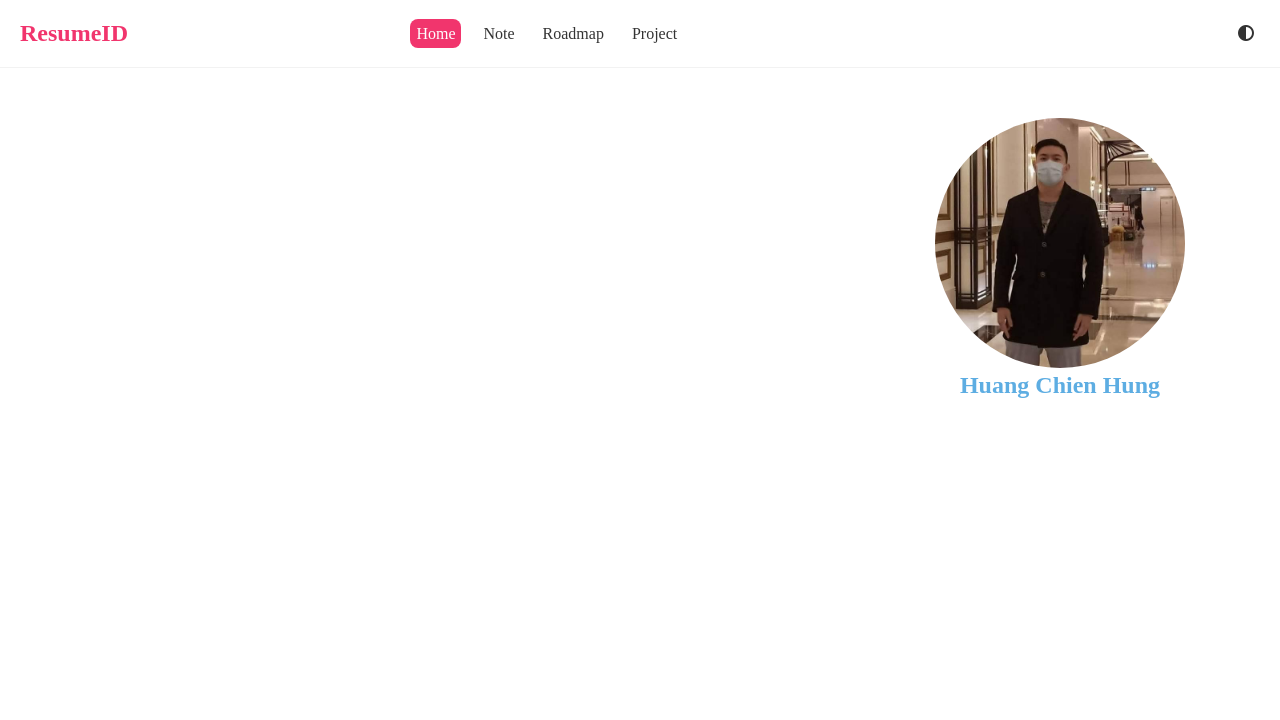
Repository: leo-play-code/ResumeID
Page: /
These files come from the project's save history. The page is drawn as it stood at one moment and after a run of saves; the edit follows.
The browser window is 1280 px wide. The pictures show the whole page.
Some web libraries are served in a nearby version. The project was rebuilt for these pictures with package versions that can differ from the ones it lists, and the page was loaded fresh each time. Also part of the build but not shown: src/Note/Note.js, src/Roadmap/Roadmap.js, src/Project/Project.js.

Above is the page before, as saved 2022-10-18 14:11:29.

### public/index.html
<!DOCTYPE html>
<html lang="en">
  <head>
    <meta charset="utf-8" />
    <link rel="icon" href="%PUBLIC_URL%/favicon.ico" />
    <meta name="viewport" content="width=device-width, initial-scale=1" />
    <meta name="theme-color" content="#000000" />
    <meta
      name="description"
      content="Web site created using create-react-app"
    />
    <link rel="apple-touch-icon" href="%PUBLIC_URL%/logo192.png" />
    <link rel="manifest" href="%PUBLIC_URL%/manifest.json" />

    <!-- fontawesome -->
    <script src="https://kit.fontawesome.com/14e9a4f90b.js" crossorigin="anonymous"></script>
    <title>React App</title>
  </head>
  <body>
    <noscript>You need to enable JavaScript to run this app.</noscript>
    <div id="root"></div>
  </body>
</html>

### src/index.css
/* base styles */
* {
  margin: 0;
  font-family: "Quicksand";
  color: #333;
}
.navbar {
  padding: 20px;
  display: flex;
  align-items: center;
  max-width: 100%;
  margin: 0 auto;
  border-bottom: 1px solid #f2f2f2;
}
.navbar h1 {
  color: #f1356d;
}
.navbar-center{
  margin-inline: auto;
}
.navbar-center .page-selected{
  color:white;
  background: #f1356d;
  border-radius: 8px;
  pointer-events: none;
}
.navbar .navbar-right {
  margin-left: auto;
}
.navbar a {
  margin-left: 16px;
  text-decoration: none;
  padding: 6px;
}
.navbar a:hover {
  color: #f1356d;
}
.content {
  max-width: 600px;
  margin: 40px auto;
  padding: 20px;
}

/* Home */
.Home .profile-container{
  width:400px;
  height:300px;
  margin-top: 50px;
  margin-right:20px;
  margin-bottom: 20px;
  float:right;
  text-align: center;
}
.Home .profile-container img{
  border-radius: 50%;
  max-width: 250px;
}
.Home .profile-container .MainName{
  color:#5DADE2;
}

.Home .introduction-container{
  width: 600px;
  height:300px ;
  float:left;
}

### src/App.js
import Navbar from './Navbar/Navbar';
import { BrowserRouter as Router,Route,Switch} from 'react-router-dom'
import Home from './Home/Home';
import Note from './Note/Note';
import Roadmap from './Roadmap/Roadmap';
import Project from './Project/Project';

function App(){
    return (
        <Router>
            <div className="App">
            <Navbar />
                <Switch>
                    <Route exact path='/'>
                        <Home />
                    </Route>
                    <Route exact path='/Note'>
                        <Note />
                    </Route>
                    <Route exact path='/Roadmap'>
                        <Roadmap />
                    </Route>
                    <Route exact path='/Project'>
                        <Project />
                    </Route>

                </Switch>
            </div>
        </Router>

    )
}

export default App;

### src/Navbar/Navbar.js
import { useEffect, useState } from 'react';
import {Link} from 'react-router-dom';

function Navbar(){
    const [navbar_state,setPageState] = useState('');
    function ChangeColor(){
        console.log('changecolor')
    }
    function PageSelected(navbar_state){
        setPageState(navbar_state)
    }
    useEffect(()=>{
        const init_url_arr = window.location.href.split('/')
        const init_url_page = init_url_arr[init_url_arr.length-1]
        setPageState(init_url_page)
    })
    return (
        <nav className="navbar">
            <h1>ResumeID</h1>
            <span className='navbar-center'>
                {(navbar_state == '')&& <Link to="/" className='page-selected'>Home</Link>}
                {!(navbar_state == '')&&<Link to="/" onClick={()=>PageSelected('Home')}>Home</Link>}
                {(navbar_state == 'Note')&& <Link to="/Note" className='page-selected'>Note</Link>}
                {!(navbar_state == 'Note')&&<Link to="/Note" onClick={()=>PageSelected('Note')}>Note</Link>}
                {(navbar_state == 'Roadmap')&& <Link to="/Roadmap" className='page-selected'>Roadmap</Link>}
                {!(navbar_state == 'Roadmap')&&<Link to="/Roadmap" onClick={()=>PageSelected('Roadmap')}>Roadmap</Link>}
                {(navbar_state == 'Project')&& <Link to="/Project" className='page-selected'>Project</Link>}
                {!(navbar_state == 'Project')&&<Link to="/Project" onClick={()=>PageSelected('Project')}>Project</Link>}
            </span>
            <div className="navbar-right">
                <a onClick={ChangeColor}><i className="fa-solid fa-circle-half-stroke"></i></a>
            </div>
        </nav>
    )
}

export default Navbar ;

### src/Home/Home.js


function Home(){
    const pic = require('./static/image/selfy.jpg');
    return(
        <div className="Home">

            <div className="introduction-container">

            </div>
            <div className="profile-container">
                <img src={pic} alt="" />
                <h2 className='MainName'>Huang Chien Hung</h2>
            </div>
        </div>
    )
}


export default Home ;

Loaded but not shown: src/index.js (common file); src/reportWebVitals.js (common file)

After the next 6 saves:
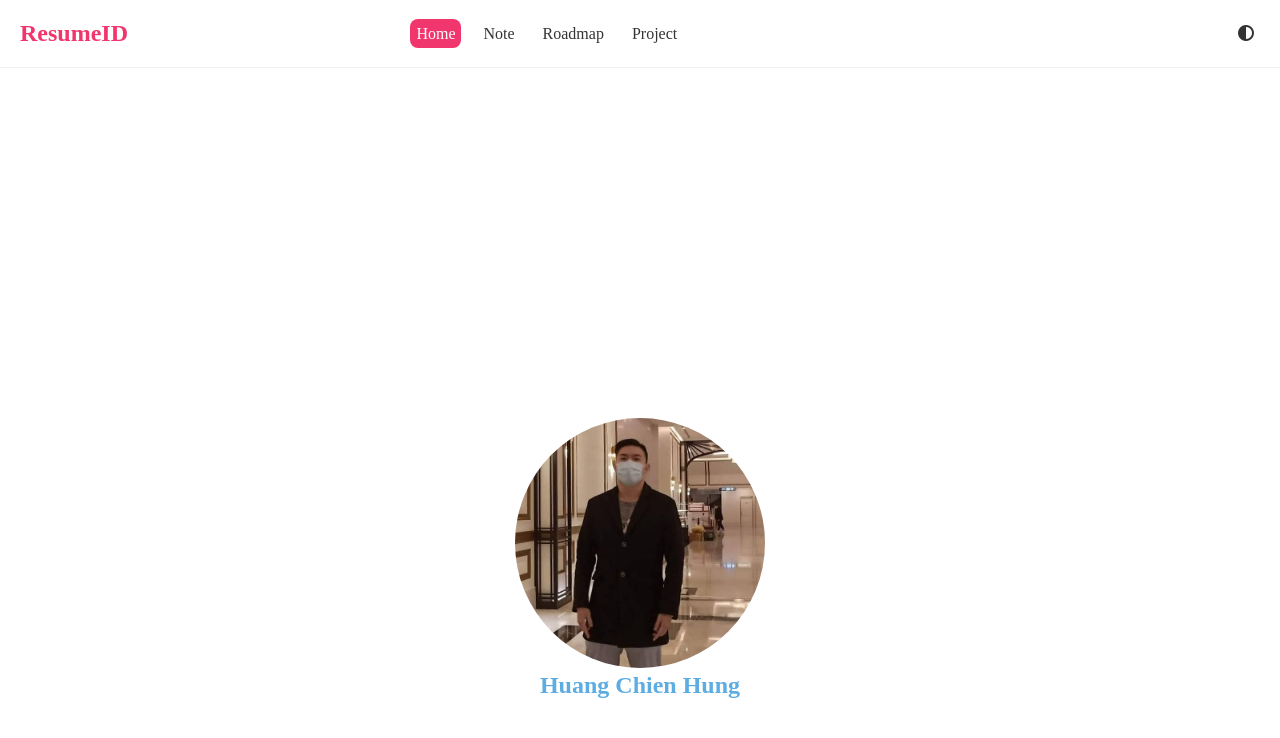
The 6 saves are shown as one change because they came seconds apart.
The last was saved 15 s later.
--- a/src/Home/Home.js
+++ b/src/Home/Home.js
@@ -4,7 +4,9 @@
     const pic = require('./static/image/selfy.jpg');
     return(
         <div className="Home">
+            <div className='profile-container'>
 
+            </div>
             <div className="introduction-container">
 
             </div>

After the save that followed:
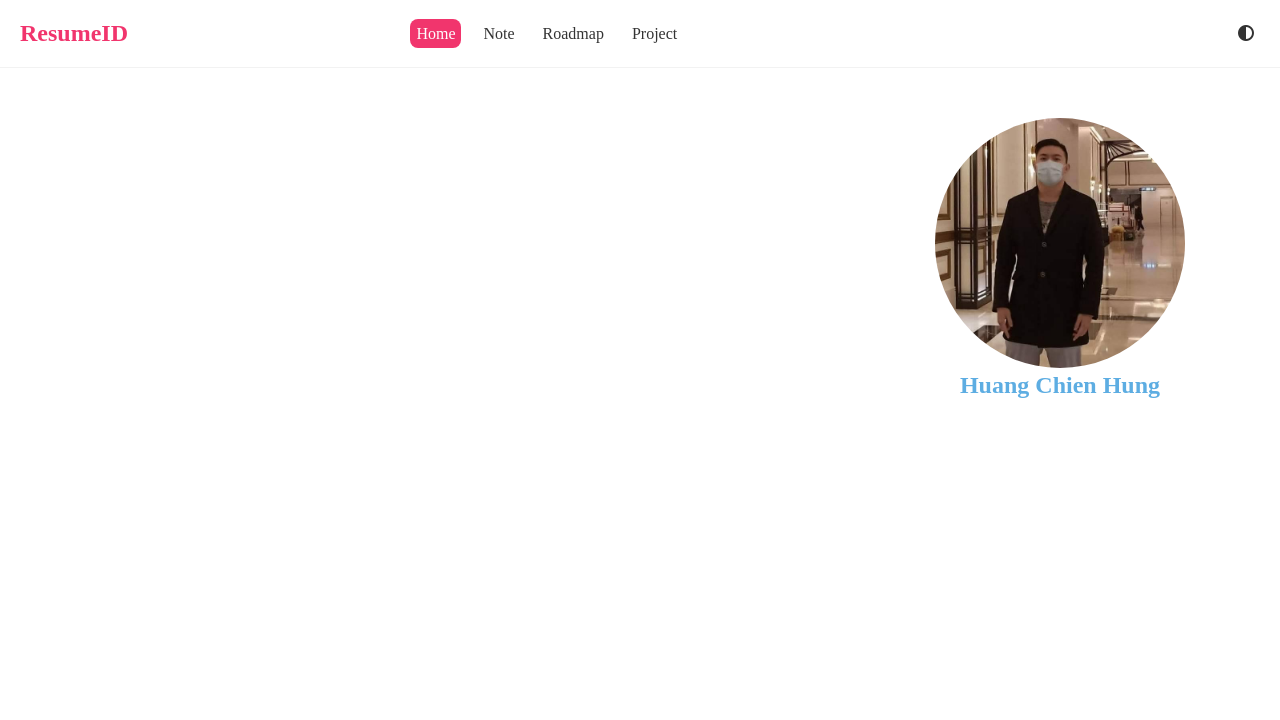
Saved 10 s later.
--- a/src/Home/Home.js
+++ b/src/Home/Home.js
@@ -4,7 +4,7 @@
     const pic = require('./static/image/selfy.jpg');
     return(
         <div className="Home">
-            <div className='profile-container'>
+            <div className='-container'>
 
             </div>
             <div className="introduction-container">
